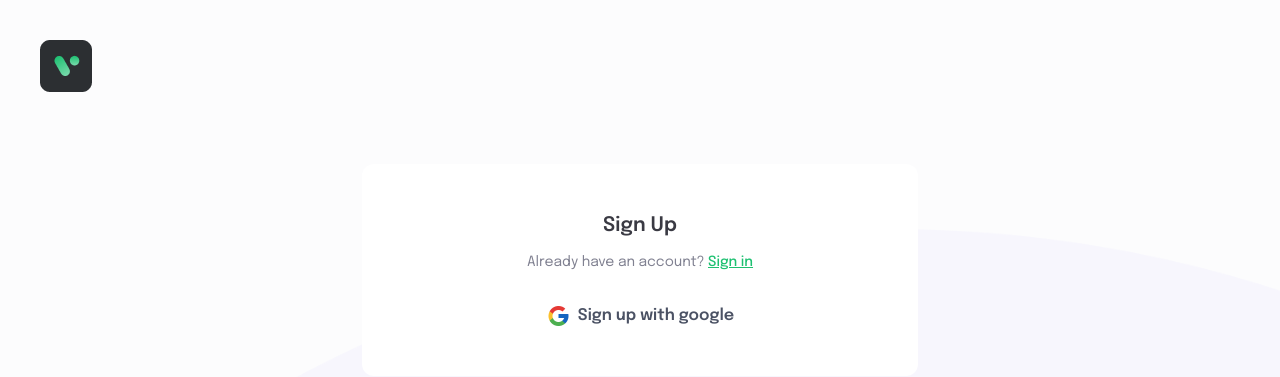
Repository: CarsonDev1/Crowfunding
Page: /sign-up
An editor plug-in stored every save of this project. The page is shown before and after the next save, followed by the edit.
The browser window is 1280 px wide. The pictures show the whole page.
The project was rebuilt for these pictures with package versions that can differ from the ones it lists, and the page was loaded fresh each time. Also part of the build but not shown: src/components/common/ErrorComponent.jsx, src/pages/SignIn.jsx.

Above is the page before, as saved 2023-04-06 23:24:26.

### public/index.html
<!DOCTYPE html>
<html lang="en">

<head>
  <meta charset="utf-8" />
  <link rel="icon" href="%PUBLIC_URL%/favicon.ico" />
  <meta name="viewport" content="width=device-width, initial-scale=1" />
  <meta name="theme-color" content="#000000" />
  <meta name="description" content="Web site created using create-react-app" />
  <link rel="apple-touch-icon" href="%PUBLIC_URL%/logo192.png" />
  <link rel="preconnect" href="https://fonts.googleapis.com">
  <link rel="preconnect" href="https://fonts.gstatic.com" crossorigin>
  <link
    href="https://fonts.googleapis.com/css2?family=Epilogue:ital,wght@0,300;0,400;0,500;0,600;0,700;0,800;0,900;1,300;1,400;1,500;1,600;1,700;1,800&family=Poppins:ital,wght@0,400;0,500;0,600;0,700;0,800;1,400;1,500;1,600;1,700&display=swap"
    rel="stylesheet">
  <!--
      manifest.json provides metadata used when your web app is installed on a
      user's mobile device or desktop. See https://developers.google.com/web/fundamentals/web-app-manifest/
    -->
  <link rel="manifest" href="%PUBLIC_URL%/manifest.json" />
  <!--
      Notice the use of %PUBLIC_URL% in the tags above.
      It will be replaced with the URL of the `public` folder during the build.
      Only files inside the `public` folder can be referenced from the HTML.

      Unlike "/favicon.ico" or "favicon.ico", "%PUBLIC_URL%/favicon.ico" will
      work correctly both with client-side routing and a non-root public URL.
      Learn how to configure a non-root public URL by running `npm run build`.
    -->
  <title>React App</title>
</head>

<body>
  <noscript>You need to enable JavaScript to run this app.</noscript>
  <div id="root"></div>
  <!--
      This HTML file is a template.
      If you open it directly in the browser, you will see an empty page.

      You can add webfonts, meta tags, or analytics to this file.
      The build step will place the bundled scripts into the <body> tag.

      To begin the development, run `npm start` or `yarn start`.
      To create a production bundle, use `npm run build` or `yarn build`.
    -->
</body>

</html>

### src/index.js
import React from "react";
import ReactDOM from "react-dom/client";
import "./index.scss";
import App from "./App";
import { BrowserRouter } from "react-router-dom";

const root = ReactDOM.createRoot(document.getElementById("root"));
root.render(
	<React.StrictMode>
		<BrowserRouter>
			<App />
		</BrowserRouter>
	</React.StrictMode>
);

### src/index.scss
@tailwind base;
@tailwind components;
@tailwind utilities;

@layer base {
	body {
		@apply font-primary text-base;
		line-height: 1.5;
	}
}

### src/App.js
import { lazy } from "react";
import { Route, Routes } from "react-router-dom";
import SignIn from "./pages/SignIn";

const SignUp = lazy(() => import("./pages/SignUp"));

function App() {
	return (
		<Routes>
			<Route path="/sign-up" element={<SignUp />}></Route>
			<Route path="/sign-in" element={<SignIn />}></Route>
		</Routes>
	);
}

export default App;

### src/pages/SignUp.jsx
import React from "react";
import { Link } from "react-router-dom";
import LayoutAuthentication from "../layouts/LayoutAuthentication";

function SignUp() {
	return (
		<LayoutAuthentication heading="Sign Up">
			<p className="mb-6 text-xs font-normal text-center lg:text-sm text-text3 lg:mb-8">
				Already have an account?{" "}
				<Link to="/sign-in" className="font-medium underline text-primary">
					Sign in
				</Link>
			</p>
			<button className="flex items-center justify-center w-full gap-x-2">
				<img srcSet="/icon/Google.png 2x" alt="icon-google" />
				<span className="font-semibold text-text2">Sign up with google</span>
			</button>
		</LayoutAuthentication>
	);
}

export default SignUp;

### src/layouts/LayoutAuthentication.jsx
import React from "react";
import { Link } from "react-router-dom";
import PropTypes from "prop-types";
import { withErrorBoundary } from "react-error-boundary";
import ErrorComponent from "../components/common/ErrorComponent";

function LayoutAuthentication(props) {
	const { children, heading = "" } = props;
	return (
		<div className="w-full min-h-screen bg-lite p-10 relative isolate">
			<img
				src="/ellipse.png"
				alt="back-ground"
				className="absolute pointer-events-none bottom-0 left-0 right-0 z-[-1]"
			/>
			<Link to="/" className="inline-block mb-5 lg:mb-16">
				<img src="/Logo.png" alt="Logo" />
			</Link>
			<div className="w-full max-w-[556px] bg-white rounded-xl px-5 py-8 lg:px-16 lg:py-12 mx-auto">
				<h1 className="font-semibold text-lg lg:text-xl mb-1 lg:mb-3 text-text1 text-center">{heading}</h1>
				{children}
			</div>
		</div>
	);
}
LayoutAuthentication.prototype = {
	heading: PropTypes.string,
	children: PropTypes.node,
};

export default withErrorBoundary(LayoutAuthentication, {
	FallbackComponent: ErrorComponent,
});

### tailwind.config.js
/** @type {import('tailwindcss').Config} */
module.exports = {
	darkMode: "class",
	content: ["./src/**/*.{js,jsx,ts,tsx}"],
	theme: {
		extend: {
			fontFamily: {
				primary: ["Epilogue", "san-serif"],
			},
			colors: {
				primary: "#1DC071",
				secondary: "#6F49FD",
				text1: "#3A3A43",
				text2: "#4B5264",
				text3: "#808191",
				text4: "#B2B3BD",
				"icon-color": "#A2A2A8",
				white: "#FFFFFF",
				whiteSoft: "#FCFBFF",
				graySoft: "#FCFCFC",
				strock: "#F1F1F3",
				lite: "#FCFCFD",
				error: "#EB5757",
				darkbg: "#13131A",
				darkSecondary: "#1C1C24",
				softDark: "#22222C",
				darkSoft: "#24242C",
				darkStroke: "#3A3A43",
				darkRed: "#422C32",
			},
		},
	},
	plugins: [],
};

After the next save:
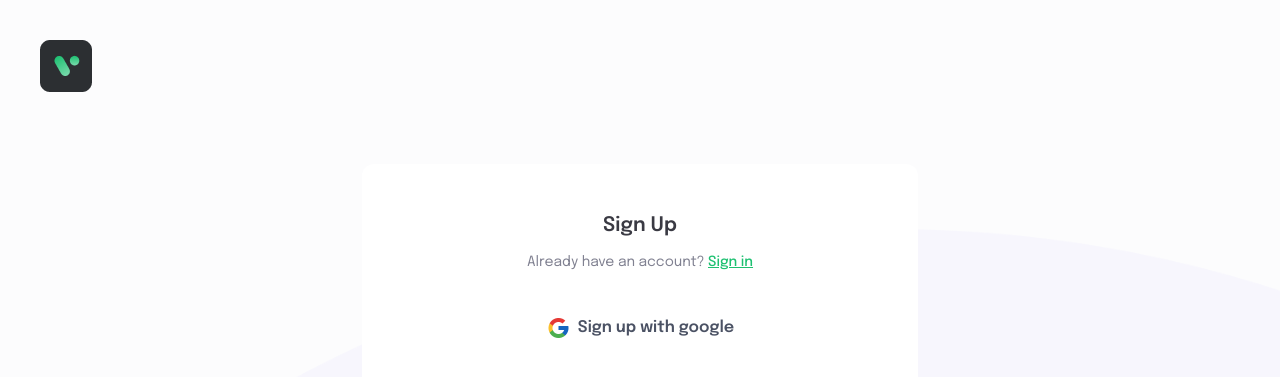
Saved 71 s later.
--- a/src/pages/SignUp.jsx
+++ b/src/pages/SignUp.jsx
@@ -11,7 +11,7 @@ function SignUp() {
 					Sign in
 				</Link>
 			</p>
-			<button className="flex items-center justify-center w-full gap-x-2">
+			<button className="flex items-center justify-center w-full py-3 gap-x-2">
 				<img srcSet="/icon/Google.png 2x" alt="icon-google" />
 				<span className="font-semibold text-text2">Sign up with google</span>
 			</button>
